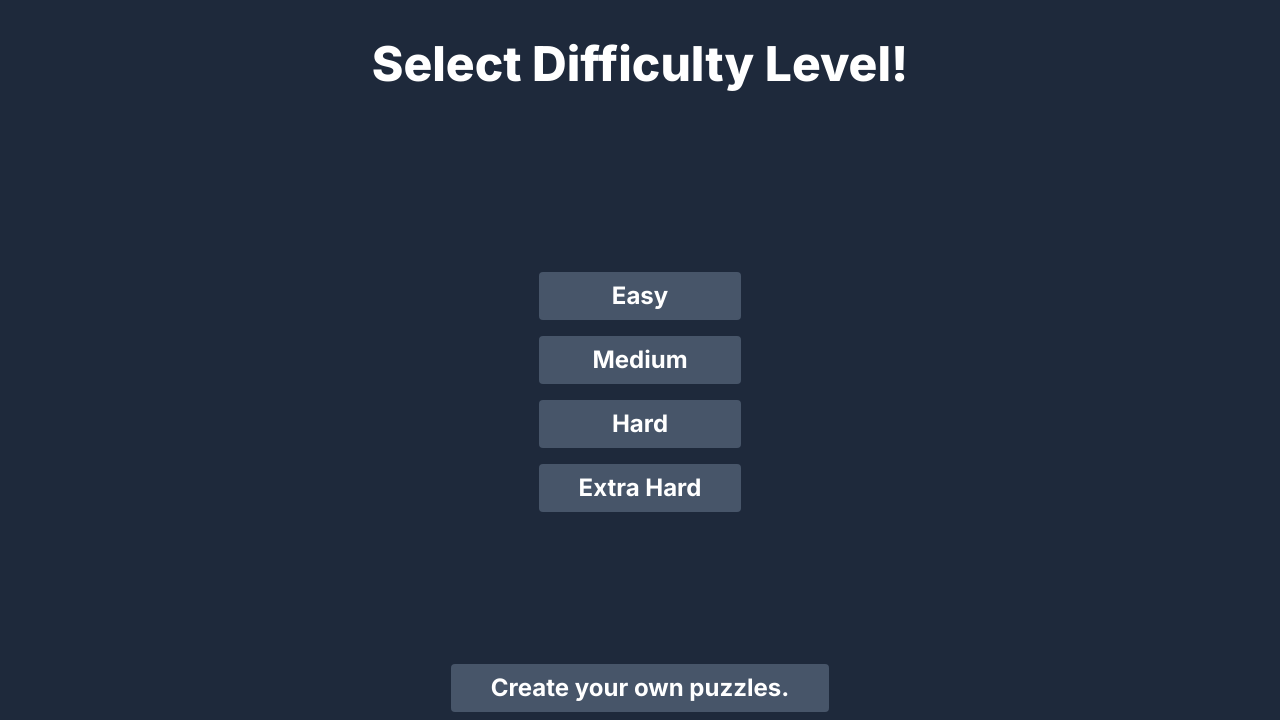
Repository: badhon252/sudoku
Page: /level
These files come from the project's save history. The page is drawn as it stood at one moment and after the next save; the edit follows.
The browser window is 1280 px wide. The pictures show the whole page.
The project was rebuilt for these pictures with package versions that can differ from the ones it lists, and the page was loaded fresh each time. The framework's server and built-in components were replaced by stand-ins that run in the browser. Also part of the build but not shown: next.config.js.

Above is the page before, as saved 2023-06-04 21:58:39.

### app/level/page.tsx
import React from 'react'

export default function Level() {
  return (
    <div className='min-h-screen flex flex-col items-center  justify-between bg-slate-800 text-white'>
        <h1 className='text-5xl font-extrabold my-10'>Select Difficulty Level! </h1>

        <div className="btns  flex flex-col">
        <button type='button' className='my-2 py-2 px-10 text-2xl font-bold bg-slate-600 rounded'>Easy</button>
        <button type='button' className='my-2 py-2 px-10 text-2xl font-bold bg-slate-600 rounded'>Medium</button>
        <button type='button' className='my-2 py-2 px-10 text-2xl font-bold bg-slate-600 rounded'>Hard</button>
        <button type='button' className='my-2 py-2 px-10 text-2xl font-bold bg-slate-600 rounded'>Extra Hard</button>
        </div>

        <button type='button' className='my-2 py-2 px-10 text-2xl font-bold bg-slate-600 rounded'>Create your own puzzles.</button>
    </div>
  )
}

Loaded but not shown: app/layout.tsx (common file); app/globals.css (common file); tailwind.config.js (common file)

After the next save:
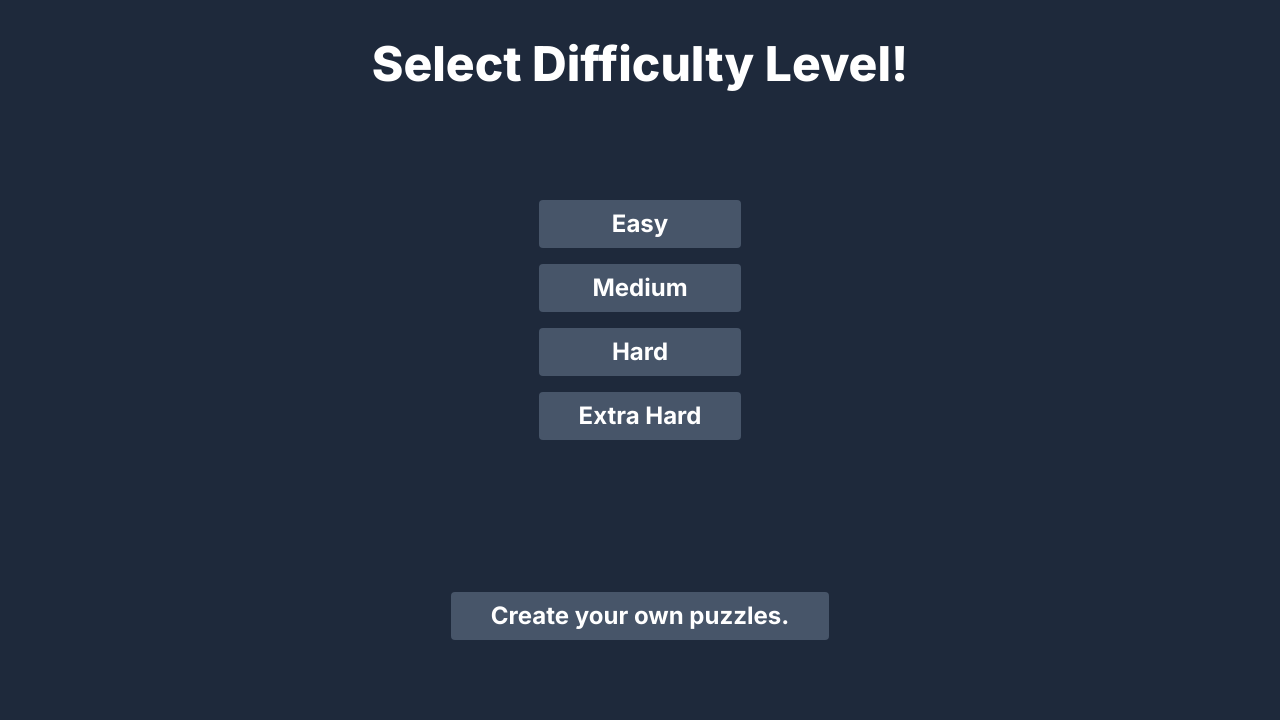
Saved 26 s later.
--- a/app/level/page.tsx
+++ b/app/level/page.tsx
@@ -12,7 +12,7 @@ export default function Level() {
         <button type='button' className='my-2 py-2 px-10 text-2xl font-bold bg-slate-600 rounded'>Extra Hard</button>
         </div>
 
-        <button type='button' className='my-2 py-2 px-10 text-2xl font-bold bg-slate-600 rounded'>Create your own puzzles.</button>
+        <button type='button' className='my-20 py-2 px-10 text-2xl font-bold bg-slate-600 rounded'>Create your own puzzles.</button>
     </div>
   )
 }
